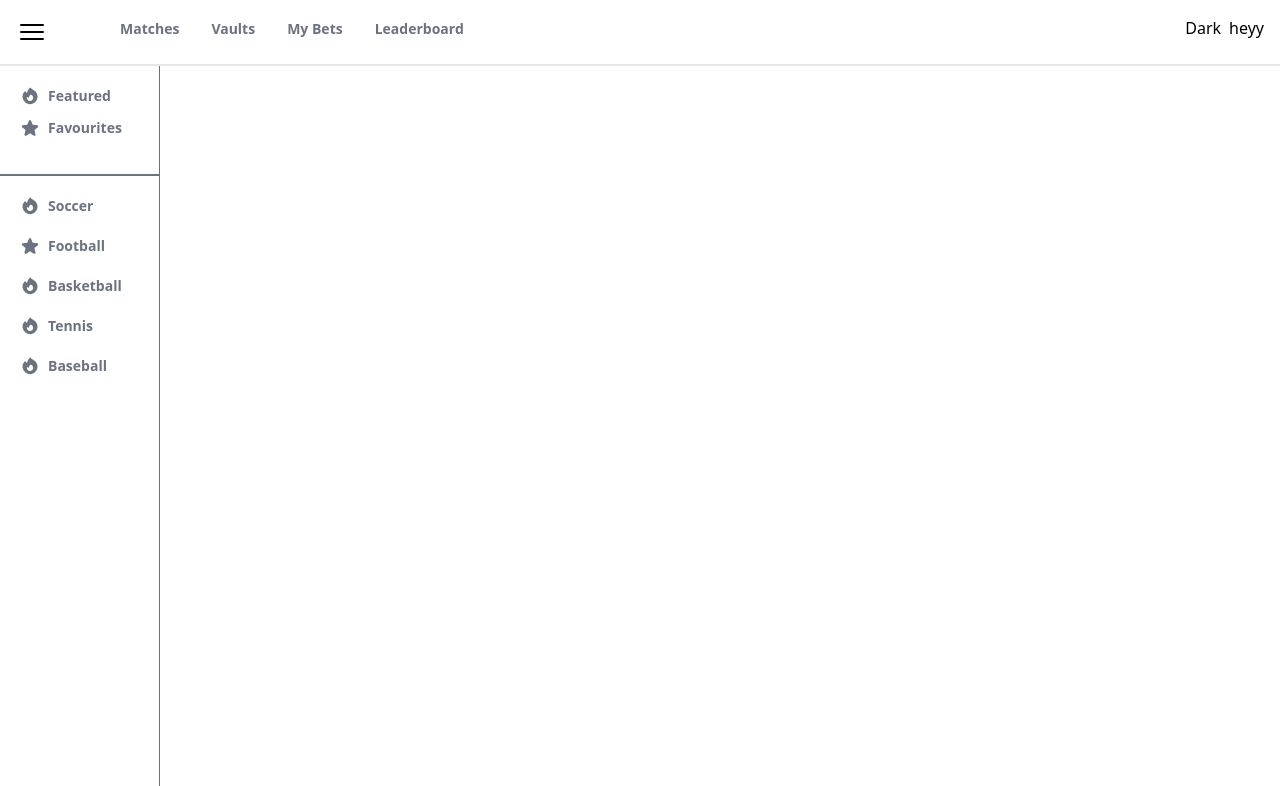
Repository: thekingisherenow/Betterbook
Page: /
The author's editor kept a copy of each file at every save. The page is drawn from the files as they stood at one save, then again after the next save.
The browser window is 1280 px wide. The pictures show the whole page.
The project was rebuilt for these pictures with package versions that can differ from the ones it lists, and the page was loaded fresh each time. The framework's server and built-in components were replaced by stand-ins that run in the browser. Also part of the build but not shown: next.config.js.

Above is the page before, as saved 2023-01-17 00:23:07.

### src/pages/_app.tsx
import type { AppProps } from 'next/app'
import { Provider } from 'react-redux'
import store from '../core/store'
import '../core/styles/root.css'

const App = (props: AppProps) => {
  const { Component, pageProps } = props
  return (
    <Provider store={store}>
      <Component {...pageProps} />
    </Provider>
  )
}

export default App

### src/pages/index.tsx
import type { NextPage } from 'next'
import { useEffect, useState } from 'react'
import API from '../core/services'
import { Game } from '../types/game'
import Sidebar from '../components/Typography/Sidebar'
import Header from '../components/Typography/Header'

const IndexPage: NextPage = () => {
  const [games, setGames] = useState<Game[]>([])

  useEffect(() => {
    API.games.fetchGames().then(setGames)
  }, [])

  return <div>
        <main className=''>

          {/* Header  */}
          <Header />
            {/* Sidebar */}
            <Sidebar/>
            {/* Center  */}

        </main>
  </div>
}

export default IndexPage

### src/core/store/index.ts
import { configureStore } from '@reduxjs/toolkit'
import { counterReducer } from './slices/counterSlice'

const store = configureStore({
  reducer: {
    counter: counterReducer,
  },
})

export default store

### src/core/services/index.ts
import * as gamesServices from './games'

const API = {
  games: gamesServices,
}

export default API

### src/components/Typography/Sidebar.tsx
import React from 'react'
import { FireIcon, StarIcon } from '@heroicons/react/24/solid'

function Sidebar() {
    return (
        <div className='text-gray-500 text-sm border-r h-screen w-40 border-gray-500'>
            <div>
                <div className='flex flex-col  p-5 space-y-3 font-semibold mb-4'>
                    <button className='flex items-center space-x-2 hover:text-blue-600'>
                        <FireIcon className='w-5 h-5' />
                        <p>Featured</p>
                    </button>
                    <button className='flex items-center space-x-2 hover:text-blue-600'>
                        <StarIcon className='w-5 h-5' />
                        <p>Favourites</p>
                    </button>
                </div>
                    <hr className='border-t-2 border-gray-500' />

                <div className='flex flex-col space-y-5  p-5 font-semibold mb-4'>
                    <button className='flex items-center space-x-2 hover:text-blue-600'>
                        <FireIcon className='w-5 h-5' />
                        <p>Soccer</p>
                    </button>
                    <button className='flex items-center space-x-2 hover:text-blue-600'>
                        <StarIcon className='w-5 h-5' />
                        <p>Football</p>
                    </button>
                    <button className='flex items-center space-x-2 hover:text-blue-600'>
                        <FireIcon className='w-5 h-5' />
                        <p>Basketball</p>
                    </button>
                    <button className='flex items-center space-x-2 hover:text-blue-600'>
                        <FireIcon className='w-5 h-5' />
                        <p>Tennis</p>
                    </button>
                    <button className='flex items-center space-x-2 hover:text-blue-600'>
                        <FireIcon className='w-5 h-5' />
                        <p>Baseball</p>
                    </button>
                </div>
            </div>
        </div>
    )
}

export default Sidebar

### src/components/Typography/Header.tsx
import { Bars3Icon } from '@heroicons/react/24/solid'
import React from 'react'
import NavLinks from './NavLinks'

function Header() {
  return (
    <header >
      <div className='p-4 flex text-center   border-b-2 '>

        <Bars3Icon className='h-8 w-8  cursor-pointer'/>
        <div className='ml-10'>

          {/* Nav Links */}
          <div className='ml-4 items-center'>

        <NavLinks  />
          </div>

        </div>
        <div className='flex space-x-2 justify-end ml-auto '>
          <div className=''>
            Dark
            </div>
            <div>
              heyy
              </div>
        </div>
      </div>
    </header>
  )
}

export default Header

### src/core/store/slices/counterSlice.ts
import { createSlice } from '@reduxjs/toolkit'

export const counterSlice = createSlice({
  name: 'counter',
  initialState: {
    count: 0,
  },
  reducers: {
    setCount(state, { payload }) {
      state.count = payload
    },
  },
})

export const counterReducer = counterSlice.reducer

### src/core/services/games.ts
import { Game } from '../../types/game'

export const fetchGames = (): Promise<Game[]> => {
  return Promise.resolve([
    {
      id: '1',
      name: 'Spain vs Argentina',
    },
  ])
}

### src/components/Typography/NavLinks.tsx
import React, { useEffect } from 'react'
import { categories } from './constants'
import NavLink from './NavLink'
import { useRouter } from 'next/router'

function NavLinks() {
  const router = useRouter();

  //const isActive is true if the pathname in the url matches the  navlink's path.
  const isActive = (path:string)=>{
    console.log("router.pathname",router.pathname)
  console.log("path",path)
  console.log(router.pathname===path)
    return router.pathname===path
  }

  return (
    <nav>
      {categories.map((category)=>(
        <NavLink key={category.label} category={category.label} path={category.path} isActive={isActive(category.path)} />
      ))}
    </nav>
  )
}

export default NavLinks

### src/components/Typography/constants.ts
import { Category } from "../../types/category"

export const categories : Category[] =[
    {label:"Matches",path:"/"},
    {label:"Vaults",path:"/vaults"},
    {label:"My Bets",path:"/mybets"},
    {label:"Leaderboard",path:"/leaderboard"},
]

### src/components/Typography/NavLink.tsx
import Link from 'next/link';
import React from 'react'


type Props = {
    category: string;
    path:string;
    isActive: boolean;

}

function NavLink({category,path,isActive}:Props) {
  console.log("isActive",isActive);
  return (
    <Link href={`${path}`}
        className={`cursor-pointer p-4 text-sm text-gray-500  font-semibold
         ${isActive && 'text-blue-500 hover:text-blue-600 font-bold '}`}
    >
      {category}
    </Link>
  )
}

export default NavLink

### tailwind.config.js
/** @type {import('tailwindcss').Config} */
module.exports = {
  content: [
    './src/pages/**/*.{js,ts,jsx,tsx}',
    './src/components/**/*.{js,ts,jsx,tsx}',
    './src/modules/**/*.{js,ts,jsx,tsx}',
  ],
  theme: {
    extend: {},
  },
  plugins: [],
}

Loaded but not shown: src/core/styles/root.css (common file)

After the next save:
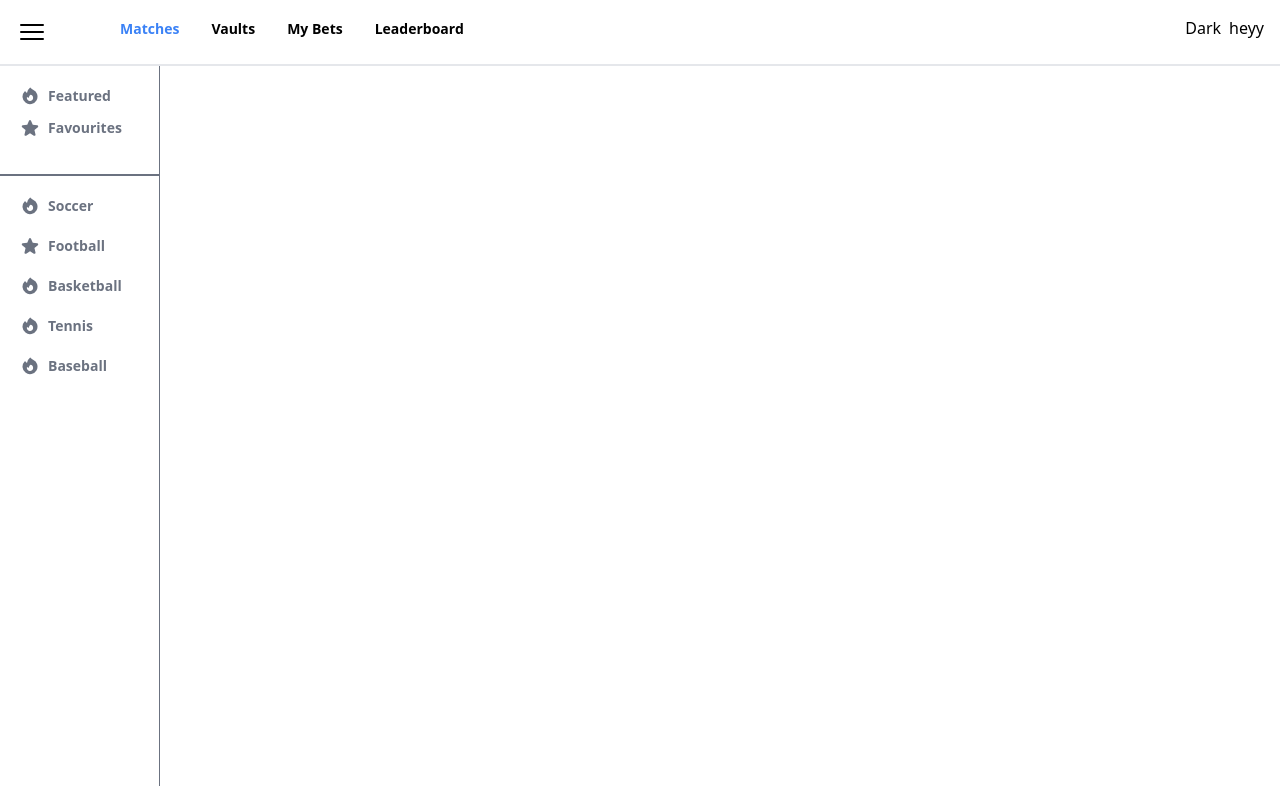
Saved 29 s later.
--- a/src/components/Typography/NavLink.tsx
+++ b/src/components/Typography/NavLink.tsx
@@ -13,7 +13,7 @@ function NavLink({category,path,isActive}:Props) {
   console.log("isActive",isActive);
   return (
     <Link href={`${path}`}
-        className={`cursor-pointer p-4 text-sm text-gray-500  font-semibold
+        className={`cursor-pointer p-4 text-sm  font-semibold
          ${isActive && 'text-blue-500 hover:text-blue-600 font-bold '}`}
     >
       {category}
